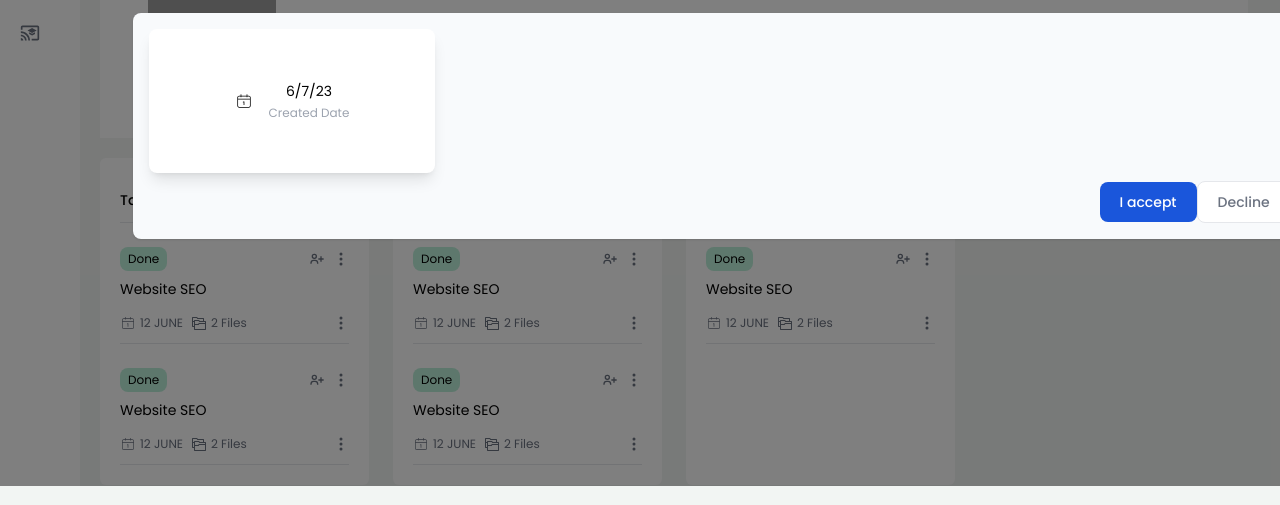
Repository: Shamraiz761/Frontend-Assessment
Page: /, after clicking the first element matching `button.bg-white`
The author's editor kept a copy of each file at every save. The page is drawn from the files as they stood at one save, then again after the next save.
The browser window is 1280 px wide. The pictures show the part of the page from y = 234 to 739 px (the page is 739 px tall).
Pictures or frames that could not be fetched are drawn as grey boxes. The project was rebuilt for these pictures with package versions that can differ from the ones it lists, and the page was loaded fresh each time. Also part of the build but not shown: vite.config.js. Imported but missing from the stored project, and not drawn on this page: src/pages/auth/login.

Above is the page before, as saved 2023-06-09 13:42:39.

### src/main.jsx
import ReactDOM from 'react-dom/client'

import React from 'react'

import App from './App.jsx'
import './index.css'

ReactDOM.createRoot(document.getElementById('root')).render(
  <React.StrictMode>
    <App />
  </React.StrictMode>,
)

### src/App.jsx
import React from 'react'
import { DndProvider } from 'react-dnd'
import { HTML5Backend } from 'react-dnd-html5-backend'
import 'flowbite'

import AppRoutes from './routes'

export default function App() {
  return (
    <DndProvider backend={HTML5Backend}>
      <AppRoutes />
    </DndProvider>
  )
}

### src/index.css
@import url("https://fonts.googleapis.com/css2?family=Poppins:wght@400;500;600;700;800;900&display=swap");

@tailwind base;
@tailwind components;
@tailwind utilities;

* {
  margin: 0;
  padding: 0;
}

body {
  margin: 0;
  font-family: "Poppins", -apple-system, BlinkMacSystemFont, "Segoe UI",
    "Roboto", "Oxygen", "Ubuntu", "Cantarell", "Fira Sans", "Droid Sans",
    "Helvetica Neue", sans-serif;
  -webkit-font-smoothing: antialiased;
  -moz-osx-font-smoothing: grayscale;
  width: 100vw;
  overflow-x: hidden;
  background-color: #f2f5f3;
  /* background: linear-gradient(180deg, #faefe8 0%, #edc7ac 100%); */
}

code {
  font-family: source-code-pro, Menlo, Monaco, Consolas, "Courier New",
    monospace;
}

.pointer-cursor {
  cursor: pointer;
}

.cusBorder {
  border: 1px solid #000;
  border-radius: 5px;
}

img {
  cursor: pointer;
}
.errors {
  color: #dc3545;
  padding: 0;
  margin: 0;
  font-size: 12px;
}
.loader {
  position: fixed;
  top: 0;
  bottom: 0;
  left: 0;
  right: 0;
  background-color: rgba(47, 151, 161, 0.32);

  display: flex;
  justify-content: center;
  align-items: center;
}

.link {
  color: #000;
  cursor: pointer;
  text-decoration: none;
}
.link:hover {
  color: #000;
}

.trans-btn {
  background-color: transparent;
  border: none;
}
.profile-logout-btn {
  border: 0;
}
.profile-logout-btn:hover {
  border: 0;
}
.profile-btn {
  border-radius: 0;
  border: 0;
}
.logout-btn {
  border-radius: 0;
  border: 0;
}
.logout-btn:hover {
  background-color: rgba(220, 53, 69, 0.5);
  border: 0;
  color: #fff;
}
.breadcrumbs ul {
  list-style: none;
  display: inline-block;
}

.breadcrumbs ul li {
  display: inline;
}

.breadcrumbs ul li .bc-link {
  /* display: block; */
  width: max-content;
  background-color: #f8f9fa;
  padding: 6px 15px 6px 25px;
  text-align: center;
  position: relative;
  margin: 0 10px 0 0;
  font-size: 15px;
  text-decoration: none;
  color: #000;
}
.breadcrumbs ul li .bc-link::after {
  content: "";
  border-top: 17px solid transparent;
  border-bottom: 17px solid transparent;
  border-left: 17px solid #f8f9fa;
  position: absolute;
  top: 0;
  right: -17px;
  z-index: 1;
}
.breadcrumbs ul li .bc-link::before {
  content: "";
  border-top: 17px solid transparent;
  border-bottom: 17px solid transparent;
  border-left: 17px solid #71cdd5;
  position: absolute;
  top: 0;
  left: 0;
}
.breadcrumbs ul li:first-child .bc-link {
  border-top-left-radius: 5px;
  border-bottom-left-radius: 5px;
}
.breadcrumbs ul li:first-child .bc-link::before {
  display: none;
}

.breadcrumbs ul li:last-child .bc-link {
  padding-right: 20px;
  border-top-right-radius: 5px;
  border-bottom-right-radius: 5px;
}
.breadcrumbs ul li:last-child .bc-link::after {
  display: none;
}

@media screen and (max-width: 500px) {
  .breadcrumbs ul li .bc-link {
    /* display: block; */
    padding: 2px 2px 2px 13px;
    /* margin: 0 10px 0 0; */
    font-size: 14px;
  }

  .breadcrumbs ul li .bc-link::after {
    content: "";
    border-top: 11.6px solid transparent;
    border-bottom: 11.6px solid transparent;
    border-left: 11.6px solid #f8f9fa;
    position: absolute;
    top: 0;
    right: -11.6px;
    z-index: 1;
  }
  .breadcrumbs ul li .bc-link::before {
    content: "";
    border-top: 11.6px solid transparent;
    border-bottom: 11.6px solid transparent;
    border-left: 11.6px solid #71cdd5;
    position: absolute;
    top: 0;
    left: 0;
  }
  .breadcrumbs ul li:last-child .bc-link {
    padding-right: 5px;
  }
}

@media screen and (max-width: 350px) {
  .breadcrumbs ul li .bc-link {
    /* display: block; */
    padding: 2px 2px 2px 12px;
    /* margin: 0 10px 0 0; */
    font-size: 10px;
  }

  .breadcrumbs ul li .bc-link::after {
    content: "";
    border-top: 9px solid transparent;
    border-bottom: 9px solid transparent;
    border-left: 9px solid #f8f9fa;
    position: absolute;
    top: 0;
    right: -9px;
    z-index: 1;
  }
  .breadcrumbs ul li .bc-link::before {
    content: "";
    border-top: 9px solid transparent;
    border-bottom: 9px solid transparent;
    border-left: 9px solid #edc7ac;
    position: absolute;
    top: 0;
    left: 0;
  }
  .breadcrumbs ul li:last-child .bc-link {
    padding-right: 5px;
  }
}

/* ********************************************** */

### src/routes/index.jsx
import {
  createBrowserRouter,
  createRoutesFromElements,
  RouterProvider,
  Route,
} from "react-router-dom";

import * as React from "react";

import Layout from "./layout";
import Root from "./root";

import Home from "../pages/dashboard";
import Login from "../pages/auth/login";
import Header from "../components/header/index";

export default function AppRoutes() {
  const router = createBrowserRouter(
    createRoutesFromElements(
      <Route path="/" element={<Root />}>
        <Route path="/login" element={<Login />} />

        <Route element={<Layout />}>
          <Route path="/" element={<Home />} />
        </Route>
      </Route>
    )
  );

  return <RouterProvider router={router} />;
}

### src/routes/layout.jsx
import { Link, Outlet, useNavigate } from "react-router-dom";
import { Gi3DGlasses } from "react-icons/gi";
import { CgProfile } from "react-icons/cg";
import { BsArrowLeft, BsFillChatSquareTextFill } from "react-icons/bs";
import { MdOutlineDashboard, MdOutlineCastForEducation } from "react-icons/md";

import React, { useState } from "react";
import Header from "../components/header/index";

export default function Layout() {
  const [open, setOpen] = useState(false);
  const [type, setType] = useState(false);
  const navigate = useNavigate();
  return (
    <div>
      {/* {loading && <LoadingSpinner asOverlay />} */}
      <div
        className={` h-screen bg-white  p-3 ${
          open ? "w-56" : "w-20"
        } fixed top-0 sidebar z-50`}
      >
        {/* Logo */}

        <div className="flex flex-row justify-center">
          <svg
            width="67"
            height="67"
            viewBox="0 0 67 67"
            fill="none"
            xmlns="http://www.w3.org/2000/svg"
            className={` text-4xl block float-left cursor-pointer rounded duration-500 ${
              !open && "rotate-[360deg]"
            }`}
            onClick={() => {
              setOpen(!open);
              setType(false);
            }}
          >
            <path
              d="M22.138 15.2984L30.8759 24.0363C32.3276 25.488 34.7005 25.488 36.1522 24.0363L44.8901 15.2984C47.2351 12.9534 45.588 8.90552 42.238 8.90552H24.7622C21.4401 8.90552 19.7651 12.9534 22.138 15.2984Z"
              fill="#208FF5"
            />
            <path
              d="M22.138 51.7017L30.8759 42.9637C32.3276 41.5121 34.7005 41.5121 36.1522 42.9637L44.8901 51.7017C47.2351 54.0467 45.588 58.0946 42.238 58.0946H24.7622C21.4401 58.0946 19.7651 54.0467 22.138 51.7017Z"
              fill="#208FF5"
            />
            <path
              d="M6.03002 31.9088L12.423 21.8588C13.428 20.2676 15.6614 20.0163 17.0014 21.3563L27.0514 31.4063C28.1959 32.5509 28.1959 34.4213 27.0514 35.5659L17.0014 45.6159C15.6614 46.9559 13.456 46.7047 12.423 45.1134L6.03002 35.0634C5.44377 34.1142 5.44377 32.8859 6.03002 31.9088Z"
              fill="#208FF5"
            />
            <path
              d="M60.9701 31.9088L54.5771 21.8588C53.5721 20.2676 51.3387 20.0163 49.9987 21.3563L39.9488 31.4063C38.8042 32.5509 38.8042 34.4213 39.9488 35.5659L49.9987 45.6159C51.3387 46.9559 53.5442 46.7047 54.5771 45.1134L60.9701 35.0634C61.5563 34.1142 61.5563 32.8859 60.9701 31.9088Z"
              fill="#208FF5"
            />
          </svg>
        </div>

        {/* Search */}

        <ul className="pt-2">
          {/* Dashboard */}
          <Link
            to="/"
            className={` rounded-md text-gray-500  text-xs flex items-center gap-x-4 cursor-pointer hover:bg-gray-50 hover:text-blue-500 py-4 p-2`}
          >
            <span className="text-xl block float-left">
              <MdOutlineDashboard />
            </span>
            <span
              className={` text-sm font-md flex-1
          ${!open && "hidden"}`}
            >
              Marketplace
            </span>
          </Link>

          <Link
            className={` rounded-md text-gray-500  text-xs flex items-center gap-x-4 cursor-pointer hover:bg-gray-50 hover:text-blue-500 py-4 p-2`}
            to="/profile"
          >
            <span className="text-xl block float-left">
              <CgProfile />
            </span>
            <span
              className={` text-xs font-md flex-1
          ${!open && "hidden"}`}
            >
              Profile
            </span>
          </Link>

          {/* Lens */}
          <Link
            className={` rounded-md text-gray-500  text-xs flex items-center gap-x-4 cursor-pointer hover:bg-gray-50 hover:text-blue-500 py-4 p-2`}
            to="/chat"
          >
            <span className="text-lg block float-left">
              <BsFillChatSquareTextFill />
            </span>
            <span
              className={` text-xs font-md flex-1
          ${!open && "hidden"}`}
            >
              Chat
            </span>
          </Link>

          {/* Orders */}
          <Link
            className={` rounded-md text-gray-500  text-xs flex items-center gap-x-4 cursor-pointer hover:bg-gray-50 hover:text-blue-500 py-4 p-2`}
            to="/education"
          >
            <span className="text-xl block float-left">
              <MdOutlineCastForEducation />
            </span>
            <span
              className={` text-xs font-md flex-1
          ${!open && "hidden"}`}
            >
              Education
            </span>
          </Link>
        </ul>
      </div>
      <div className={` ${open ? "ml-56" : "ml-20"}`}>
        <Header />
        <Outlet />
      </div>
    </div>
  );
}

### src/routes/root.jsx
import { Outlet } from 'react-router-dom'

import React from 'react'

export default function Root() {
    return (
        <Outlet />
    )
}

### src/pages/Dashboard/index.jsx
import { AiOutlinePlusCircle } from "react-icons/ai";
import { BsThreeDotsVertical } from "react-icons/bs";
import { CiCalendarDate } from "react-icons/ci";

import React, { useState } from "react";

import "./index.css";
import Profile from "../../components/dashboard/profile";
import Card from "../../components/dashboard/card";

function Home() {
  const [isModalOpen, setIsModalOpen] = useState(false);

  const toggleModal = () => {
    setIsModalOpen(!isModalOpen);
  };

  return (
    <div className="mr-3">
      <Profile />
      <div className="m-5 grid grid-cols-1 sm:grid-cols-2 md:grid-cols-3 lg:grid-cols-4 gap-6 ">
        <div className="bg-white p-5 rounded-md">
          <div className="flex flex-row justify-between py-3 border-b">
            <div className="text-sm font-medium">Task Name</div>
            <div className="flex flex-row text-gray-500">
              <AiOutlinePlusCircle className="mr-2" />
              <BsThreeDotsVertical />
            </div>
          </div>
          <Card />
          <Card />
        </div>
        <div className="bg-white p-5 rounded-md">
          <div className="flex flex-row justify-between py-3 border-b">
            <div className="text-sm font-medium">Task Name</div>
            <div className="flex flex-row text-gray-500">
              <AiOutlinePlusCircle className="mr-2" />
              <BsThreeDotsVertical />
            </div>
          </div>
          <Card />
          <Card />
        </div>
        <div className="bg-white p-5 rounded-md">
          <div className="flex flex-row justify-between py-3 border-b">
            <div className="text-sm font-medium">Task Name</div>
            <div className="flex flex-row text-gray-500">
              <AiOutlinePlusCircle className="mr-2" />
              <BsThreeDotsVertical />
            </div>
          </div>
          <Card />
        </div>

        <div>
          <button
            onClick={toggleModal}
            className="bg-white flex flex-row justify-center text-blue-500 rounded-lg border border-dashed border-blue-500 px-2 py-2 text-sm w-full"
            type="button"
          >
            <AiOutlinePlusCircle className="mr-2 mt-1" />
            <h1>Add List</h1>
          </button>
          {isModalOpen && (
            <div className="fixed  top-0 left-0 right-0 bottom-0 z-50   bg-opacity-50 bg-black">
              <div className="  min-h-screen flex items-center justify-center ">
                <div className="absolute w-11/12 ml-40 bg-slate-50 rounded-lg shadow p-4">
                  <div className="grid grid-cols-4">
                    <div className="col-span-3">
                      <div className="grid grid-cols-1 md:grid-cols-2 lg:grid-cols-3 flex-wrap">
                        <div className="card bg-white rounded-lg shadow-lg">
                          <div className="flex flex-row justify-center items-center h-36 text-sm">
                            <CiCalendarDate className="mr-4 text-lg" />
                            <div>
                              <p className="mb-1 text-center">6/7/23</p>
                              <p className="text-xs font-thin text-gray-400">
                                Created Date
                              </p>
                            </div>
                          </div>
                        </div>
                      </div>
                    </div>
                  </div>
                  <div className="flex items-center justify-end  pt-2">
                    <button
                      onClick={toggleModal}
                      type="button"
                      className="text-white bg-blue-700 hover:bg-blue-800 focus:ring-4 focus:outline-none focus:ring-blue-300 font-medium rounded-lg text-sm px-5 py-2.5"
                    >
                      I accept
                    </button>
                    <button
                      onClick={toggleModal}
                      type="button"
                      className="text-gray-500 bg-white hover:bg-gray-100 focus:ring-4 focus:outline-none focus:ring-blue-300 rounded-lg border border-gray-200 text-sm font-medium px-5 py-2.5 hover:text-gray-900"
                    >
                      Decline
                    </button>
                  </div>
                </div>
              </div>
            </div>
          )}
        </div>
      </div>
    </div>
  );
}
export default Home;

### src/components/header/index.jsx
import { IoIosNotifications } from "react-icons/io";

import React from "react";
import { CgProfile } from "react-icons/cg";

function Header() {
  return (
    <div>
      {/* component */}
      <nav className=" bg-white w-full flex relative justify-between items-center mx-auto px-8 py-4 h-16">
        {/* search bar */}
        <div className="hidden sm:block flex-shrink flex-grow-0 justify-start px-2">
          <div className="inline-block">
            <div className="inline-flex items-center max-w-full">
              <input
                className="flex items-center text-gray-400 bg-slate-50 justify-between  flex-grow-0  relative w-72 border rounded-lg  py-1"
                type="search"
                placeholder="Search"
              />

              <div className="flex items-center justify-center relative  h-8 w-24 rounded-full"></div>
            </div>
          </div>
        </div>

        <div className="flex-initial">
          <div className="flex justify-end items-center relative">
            <div className="block">
              <div className="inline relative sm:flex sm:flex-row sm:justify-center">
                <button
                  type="button"
                  className="inline-flex items-center relative px-2  rounded-full hover:shadow-lg"
                >
                  <IoIosNotifications className="text-gray-400 text-xl" />
                </button>
                <button
                  type="button"
                  className="inline-flex items-center relative px-2  rounded-full hover:shadow-lg"
                >
                  <CgProfile className="text-gray-400 text-xl" />
                </button>
              </div>
            </div>
          </div>
        </div>
        {/* end login */}
      </nav>
    </div>
  );
}

export default Header;

### src/pages/Dashboard/index.css
.dashboard-cover-iamge{
    background: url("../../assets/images/dashboard-back.png");
    background-position: center;
    background-repeat: no-repeat;
    background-size: cover;

}

### src/components/dashboard/profile.jsx
import profile from "../../assets/images/Ellipse 1631.png";

import React from "react";

function Profile() {
  return (
    <div className="m-5  w-[11/12] md:h-72 h-[360px]  bg-white">
      <div className="dashboard-cover-iamge h-[150px]  w-[100%]"></div>
      <div className="grid lg:grid-cols-2 grid-cols-1 md:grid-cols-2 flex-row justify-between flex-wrap">
        <div className="ml-12">
          <img src={profile} className="h-32 w-32 mt-[-65px]  " />
          <h1 className="text-blue-600 font-semibold text-sm ml-[-15px] mt-2">
            Muhammad Shamraiz
          </h1>
          <p className="text-gray-400 text-xs font-thin ml-[-15px]">
            shamirajpoot@gmail.com
          </p>
        </div>
        <div className="grid my-3 grid-cols-2 lg:grid-cols-4 md:justify-end justify-between mx-8 items-center ">
          <button className="btn border  rounded-full w-24 lg:w-28 m-1  px-4 py-2 bg-blue-600 text-sm  text-white">
            Task
          </button>
          <button className="btn border  rounded-full w-24 lg:w-28 m-1 px-4 py-2 bg-gray-300 text-sm  text-gray-800">
            Order
          </button>
          <button className="btn border  rounded-full w-24 lg:w-28  m-1 px-4 py-2 bg-gray-300 text-sm  text-gray-800">
            Submit
          </button>
          <button className="btn border  rounded-full w-24 lg:w-28 m-1 px-4 py-2 bg-gray-300 text-sm  text-gray-800">
            Payment
          </button>
        </div>
      </div>
    </div>
  );
}

export default Profile;

### src/components/dashboard/card.jsx
import { BiUserPlus } from "react-icons/bi";
import { CiCalendarDate } from "react-icons/ci";
import { VscFileSubmodule } from "react-icons/vsc";
import { BsThreeDotsVertical } from "react-icons/bs";

import React from "react";

function Card() {
  return (
    <div className="border-b py-3">
      <div className="flex flex-row justify-between mt-3 ">
        <span className="bg-green-200 px-2 py-1 rounded-lg text-xs font-thin">
          Done
        </span>
        <div className="flex flex-row text-gray-500 mt-1">
          <BiUserPlus className="mr-2 " />
          <BsThreeDotsVertical />
        </div>
      </div>
      <h1 className="text-sm my-2">Website SEO</h1>

      <div className="flex flex-row justify-between mt-3">
        <div className="flex flex-row">
          <div className="flex flex-row text-gray-500 mt-1">
            <CiCalendarDate className="mr-1" />
            <p className="text-xs font-thin text-gray-500 mr-2">12 JUNE</p>
          </div>
          <div className="flex flex-row text-gray-500 mt-1">
            <VscFileSubmodule className="mr-1" />
            <p className="text-xs font-thin text-gray-500 mr-2">2 Files</p>
          </div>
        </div>
        <div className="flex flex-row text-gray-500 mt-1">
          <BsThreeDotsVertical />
        </div>
      </div>
    </div>
  );
}

export default Card;

### tailwind.config.cjs
const colors = require('tailwindcss/colors');
const defaultTheme = require('tailwindcss/defaultTheme');

module.exports = {
  content: ['./src/**/*.{js,jsx,ts,tsx}', "node_modules/flowbite/**/*.js"],
  theme: {
    extend: {
      colors: {
        // set primary color from figma
        // primary: {
        // },
      },
      fontFamily: {
        poppins: ['Poppins', ...defaultTheme.fontFamily.sans],
      },
      fontSize: {
        xxs: '0.5rem',
      },
    },
  },
  plugins: [
    require('flowbite/plugin')
  ],

};

Loaded but not shown: index.html (common file)

After the next save:
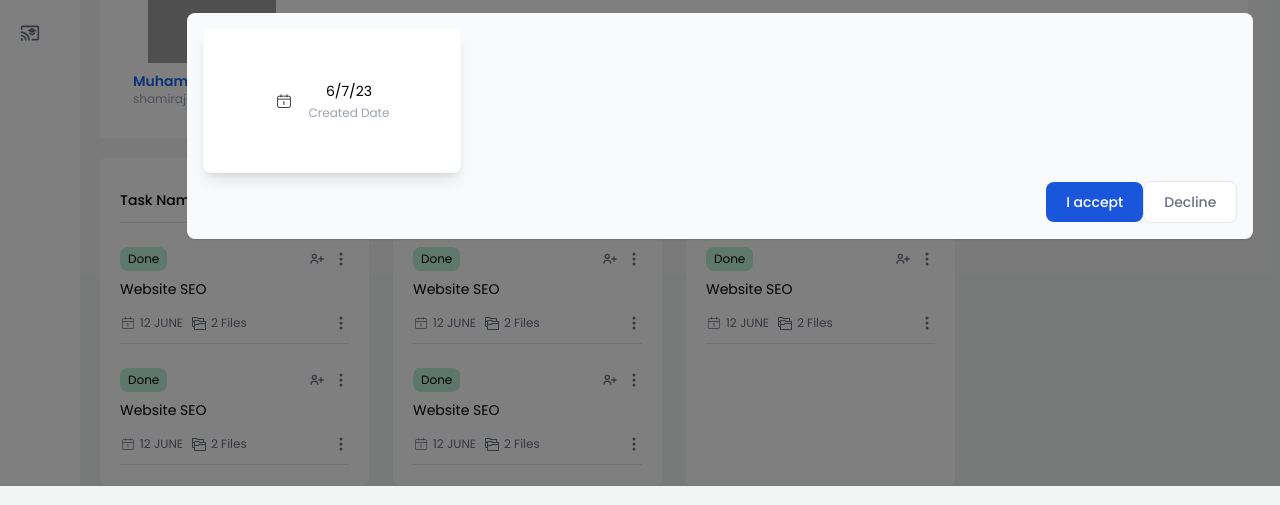
Saved 7 s later.
--- a/src/pages/Dashboard/index.jsx
+++ b/src/pages/Dashboard/index.jsx
@@ -64,7 +64,7 @@ function Home() {
           {isModalOpen && (
             <div className="fixed  top-0 left-0 right-0 bottom-0 z-50   bg-opacity-50 bg-black">
               <div className="  min-h-screen flex items-center justify-center ">
-                <div className="absolute w-11/12 ml-40 bg-slate-50 rounded-lg shadow p-4">
+                <div className="absolute w-10/12 ml-40 bg-slate-50 rounded-lg shadow p-4">
                   <div className="grid grid-cols-4">
                     <div className="col-span-3">
                       <div className="grid grid-cols-1 md:grid-cols-2 lg:grid-cols-3 flex-wrap">
